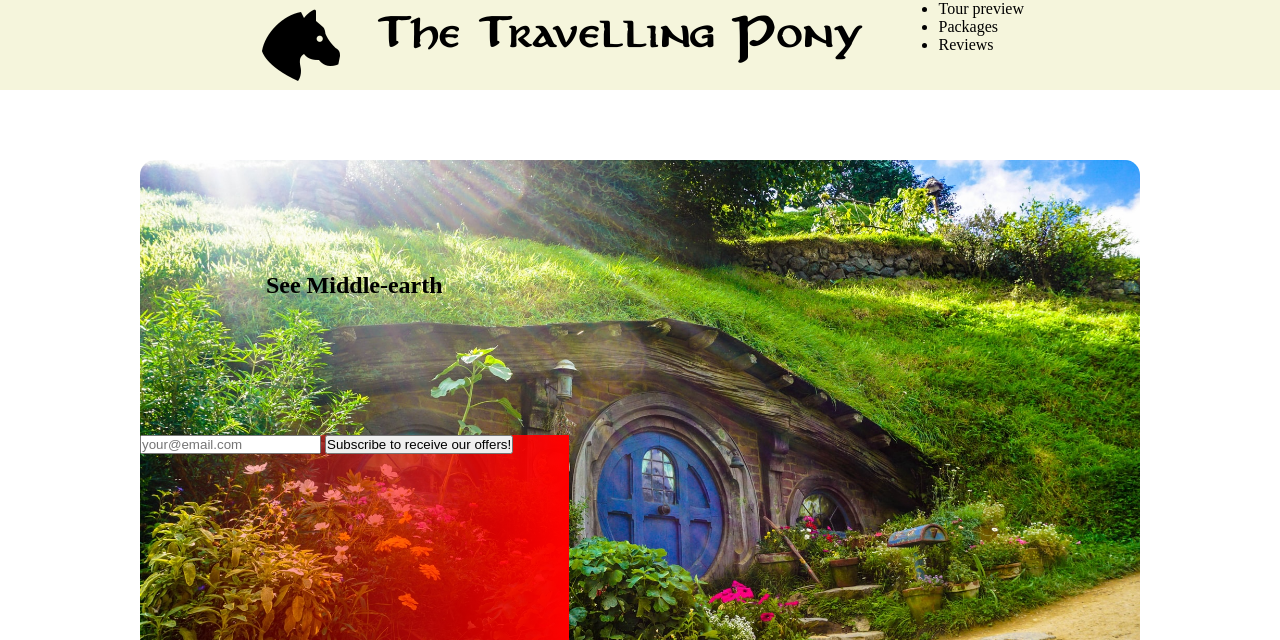
Repository: Colo-Codes/freecodecamp-03-Product-Landing-Page
Page: index.html
An editor plug-in stored every save of this project. The page is shown before and after the next save, followed by the edit.
The browser window is 1280 px wide. The pictures show the part of the page from y = 0 to 640 px (the page is 1033 px tall).
A picture or video elsewhere on the page could not be fetched, so the positions and the page height are approximate.

Above is the page before, as saved 2021-05-19 18:13:50.

### index.html
<!DOCTYPE html>
<html lang="en">
<head>
    <meta charset="UTF-8">
    <meta http-equiv="X-UA-Compatible" content="IE=edge">
    <meta name="viewport" content="width=device-width, initial-scale=1.0">
    <link rel="stylesheet" href="./resources/css/index.css" type="text/css">
    <title>Product Landing Page</title>
</head>
<body>
    <header id="header">
        <img src="./resources/img/pony-logo.png" alt="Pony head logo" id="header-img"> <!-- this should be a logo -->
        <h1>The Travelling Pony</h1>
        <nav id="nav-bar"> <!-- fixed at top -->
            <!-- at least 3 elements with class "nav-link" -->
            <!-- When I click a .nav-link button in the nav element, I am taken to the corresponding section of the landing page. -->
            <ul>
                <li>Tour preview</li>
                <li>Packages</li>
                <li>Reviews</li>
            </ul>
        </nav>
    </header>

    <section id="subscribe">
        <h2>See Middle-earth</h2>
        <form action="https://www.freecodecamp.com/email-submit" id="form" method="POST">
            <input type="email" id="email" placeholder="your@email.com" required> <!-- validate -->
            <input type="submit" id="submit" value="Subscribe to receive our offers!">
        </form>
    </section>

    <section id="tour-preview">
        <h2>Wartch a preview of the tours we offer</h2>
        <video src="https://www.youtube.com/watch?v=8oXedDVaK4Q" id="video">
        </video> <!-- embedded video -->
    </section>

    <section id="tour-packages">
        <h2>These are our tour packages</h2>
        <div id="the-shire"><h3>The Shire</h3></div>
        <div id="rivendell"><h3>Rivendell</h3></div>
        <div id="mordor"><h3>Mordor</h3></div>
    </section>

    <section id="reviews">
        <h2>What our customers say about out tours</h2>
        <div><p>Review 1</p></div>
        <div><p>Review 2</p></div>
        <div><p>Review 3</p></div>
    </section>

    <footer>
        <p>By Damian Demasi &copy;</p>
    </footer>
</body>
</html>

### resources/css/index.css
/* My product landing page should have at least one media query. */
/* My product landing page should utilize CSS flexbox at least once.  */
@font-face {
    font-family: 'Aniron';
    src: url(../fonts/aniron-font/Aniron-7BaP.ttf);
}

html {
    box-sizing: border-box;
    font-size: 16px;
}
*, *:before, *:after {
    box-sizing: inherit;
	margin: 0;
	padding: 0;
}

/* Header */
header {
    position: fixed; /* on top */
    top: 0; /* on top */
    display: flex;
    width: 100%; /* TODO media query */
    justify-content: center;
    background-color: beige;
    flex-flow: wrap;
}
header img {
    margin-left: 20%; /* TODO media query */
}
header h1 {
    font-family: 'Aniron', serif;
    font-size: 2rem;
    margin-left: 2rem;
}
header p {
    order: 1;
}
nav {
    margin-left: auto;
    margin-right: 20%; /* TODO media query */
}
/* Subscribe */
#subscribe {
    display: grid;
    grid-template: 1fr 1fr / .75fr 1fr;
    width: 1000px; /* TODO media query */
    height: 500px; /* TODO media query */
    margin: 10rem auto 0;
    background-image: url(../img/andres-iga-7XKkJVw1d8c-unsplash.jpg);
    background-size: cover;
    background-repeat: no-repeat;
    border-radius: 15px;
    justify-items: center;
    align-items: center;
}
#subscribe h2 {
    grid-area: 1/1/2/2;
}
#subscribe form {
    grid-area: 2/1/3/2;
    background-image: linear-gradient(to right, rgba(255,0,0,0), rgba(255,0,0,1));
    width: 100%;
    height: 100%;
    margin-top: 50px;
}

After the next save:
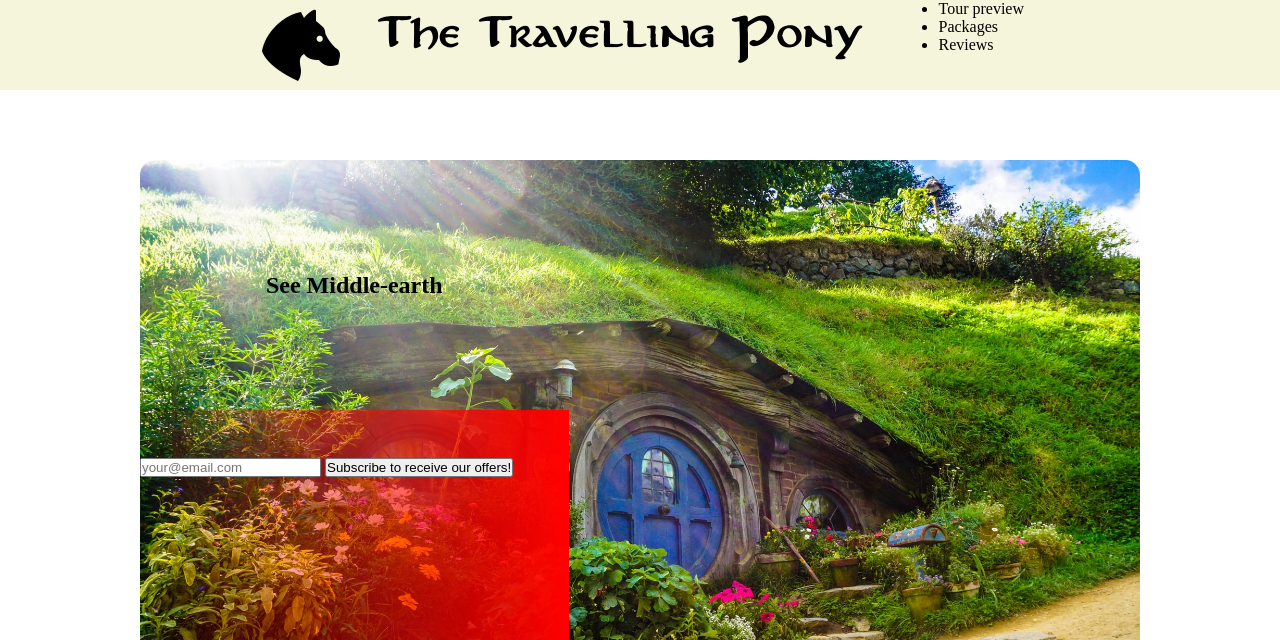
Saved 13 s later.
--- a/resources/css/index.css
+++ b/resources/css/index.css
@@ -62,5 +62,5 @@
     background-image: linear-gradient(to right, rgba(255,0,0,0), rgba(255,0,0,1));
     width: 100%;
     height: 100%;
-    margin-top: 50px;
+    padding-top: 3rem;
 }
